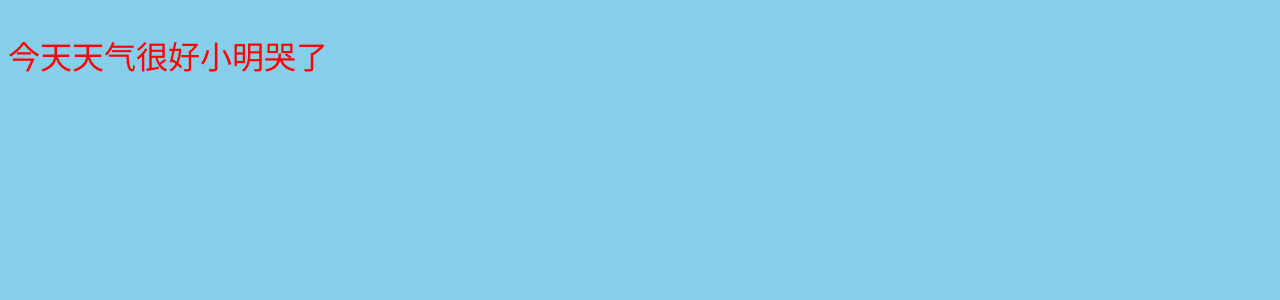
Repository: WKYQAQ/LX
Page: day03_css.html
An editor plug-in stored every save of this project. The page is shown before and after the next save, followed by the edit.
The browser window is 1280 px wide. The pictures show the whole page.

Above is the page before, as saved 2020-07-23 11:30:55.

### day03_css.html
<!DOCTYPE html>
<html lang="en">
<head>
    <meta charset="UTF-8">
    <meta name="viewport" content="width=device-width, initial-scale=1.0">
    <title>Document</title>
    <link rel="stylesheet" href="./style/index.css">
    <style>
        p{
            color: red;
        }
    </style>
</head>
<body>
    <p style="font-size: 32px;">今天天气很好小明哭了</p>
</body>
</html>

### style/index.css
body{
    background: skyblue;
}
p{
    color: green;
}

After the next save:
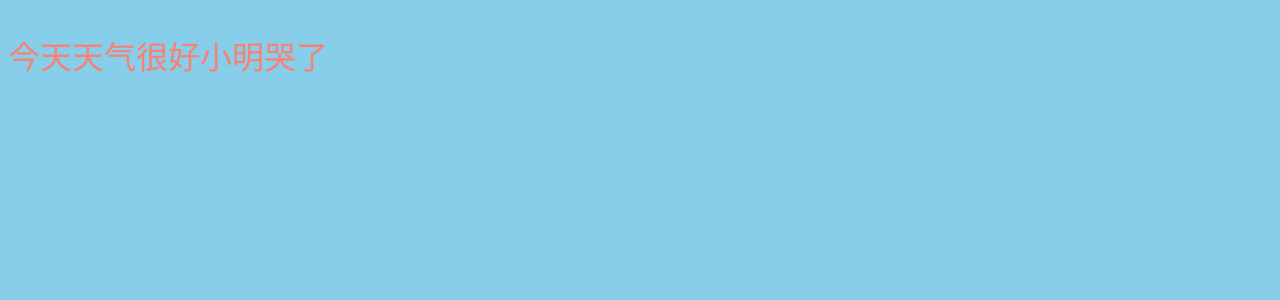
Saved 42 s later.
--- a/day03_css.html
+++ b/day03_css.html
@@ -12,6 +12,6 @@
     </style>
 </head>
 <body>
-    <p style="font-size: 32px;">今天天气很好小明哭了</p>
+    <p style="font-size: 32px; color: salmon;">今天天气很好小明哭了</p>
 </body>
 </html>
